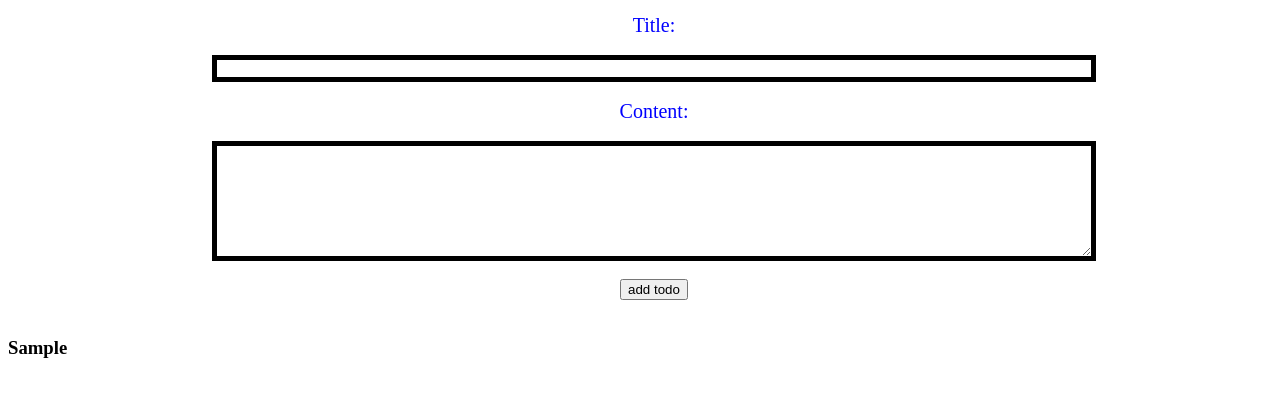
Repository: gabe126679/todo-list
Page: index.html
The author's editor kept a copy of each file at every save. The page is drawn from the files as they stood at one save, then again after the next save.
The browser window is 1280 px wide. The page is 1288 px wide, so the pictures cover 1288 px, including what lies to the right of the window. The pictures show the whole page.
Empty fields were first filled with sample values (such as "Sample", 5 or name@example.com).
After loading, the first visible `#todo-form` was submitted once.

Above is the page before, as saved 2022-03-15 17:17:07.

After the next save:
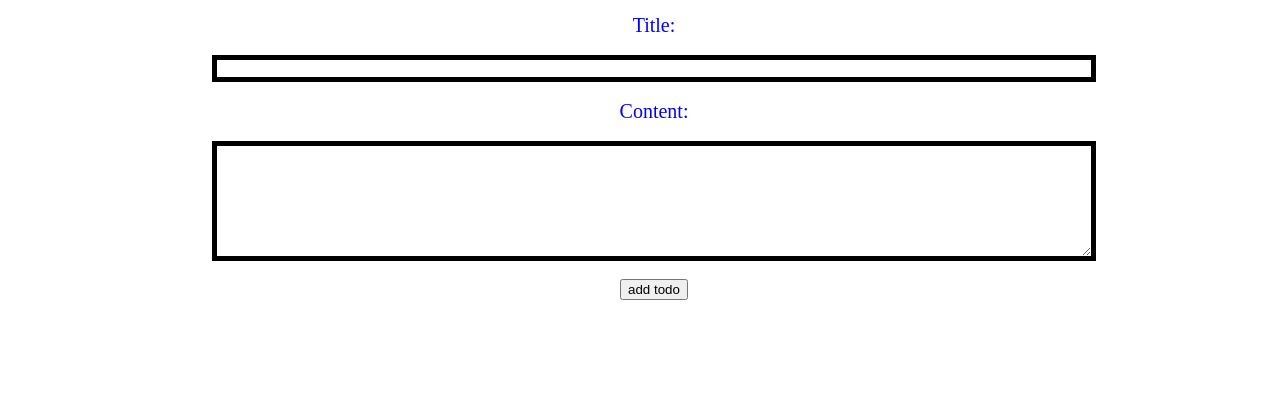
Saved 22 s later.
--- a/index.html
+++ b/index.html
@@ -55,8 +55,6 @@
 
         const storedTodos = JSON.parse(localStorage.getItem("todos"));
 
-        localStorage.removeItem("todos")
-
         if (storedTodos) {
             storedTodos.map((note) => {
                 todos.push(note);
@@ -73,23 +71,24 @@
         const formFunction = (e) => {
             e.preventDefault();
 
-                const todoTitle = document.createElement("h3");
-                todoTitle.innerText = title.value;
-                const todoContent = document.createElement("p");
-                todoContent.innerText = content.value;
+                // const todoTitle = document.createElement("h3");
+                // todoTitle.innerText = title.value;
+                // const todoContent = document.createElement("p");
+                // todoContent.innerText = content.value;
 
-                document.body.appendChild(todoTitle);
-                document.body.appendChild(todoContent);
+                // document.body.appendChild(todoTitle);
+                // document.body.appendChild(todoContent);
 
-                const todo = {
-                    title: title.value,
-                    content: content.value,
-                }
+                // const todo = {
+                //     title: title.value,
+                //     content: content.value,
+                // }
 
-                todos.push(todo);
+                // todos.push(todo);
 
-                localStorage.setItem("todos", JSON.stringify(todos))
-                console.log();
+                // localStorage.setItem("todos", JSON.stringify(todos))
+
+                localStorage.removeItem("todos")
 
 
             title.value = "";

After the save that followed:
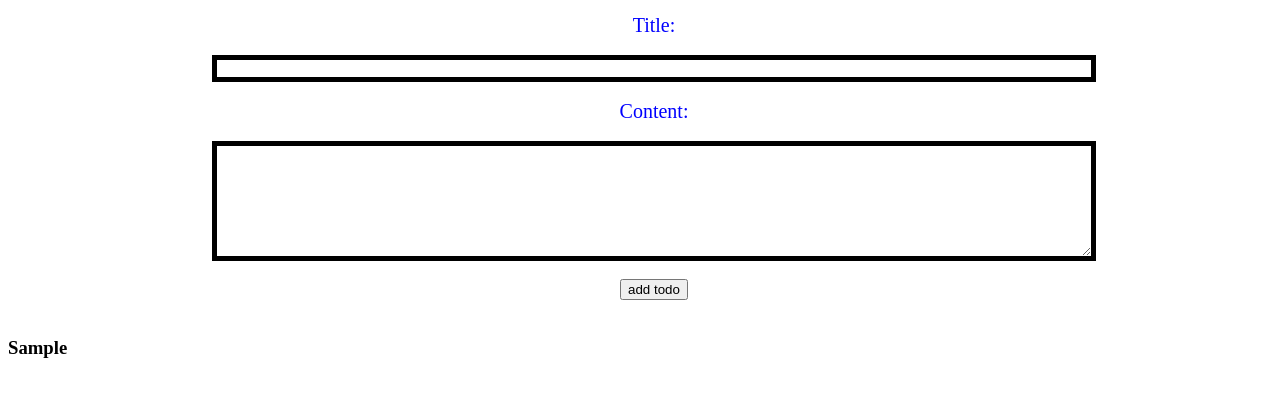
Saved 73 s later.
--- a/index.html
+++ b/index.html
@@ -71,24 +71,24 @@
         const formFunction = (e) => {
             e.preventDefault();
 
-                // const todoTitle = document.createElement("h3");
-                // todoTitle.innerText = title.value;
-                // const todoContent = document.createElement("p");
-                // todoContent.innerText = content.value;
+                const todoTitle = document.createElement("h3");
+                todoTitle.innerText = title.value;
+                const todoContent = document.createElement("p");
+                todoContent.innerText = content.value;
 
-                // document.body.appendChild(todoTitle);
-                // document.body.appendChild(todoContent);
+                document.body.appendChild(todoTitle);
+                document.body.appendChild(todoContent);
 
-                // const todo = {
-                //     title: title.value,
-                //     content: content.value,
-                // }
+                const todo = {
+                    title: title.value,
+                    content: content.value,
+                }
 
-                // todos.push(todo);
+                todos.push(todo);
 
-                // localStorage.setItem("todos", JSON.stringify(todos))
+                localStorage.setItem("todos", JSON.stringify(todos))
 
-                localStorage.removeItem("todos")
+                console.log(localStorage.getItem("todos"))
 
 
             title.value = "";
